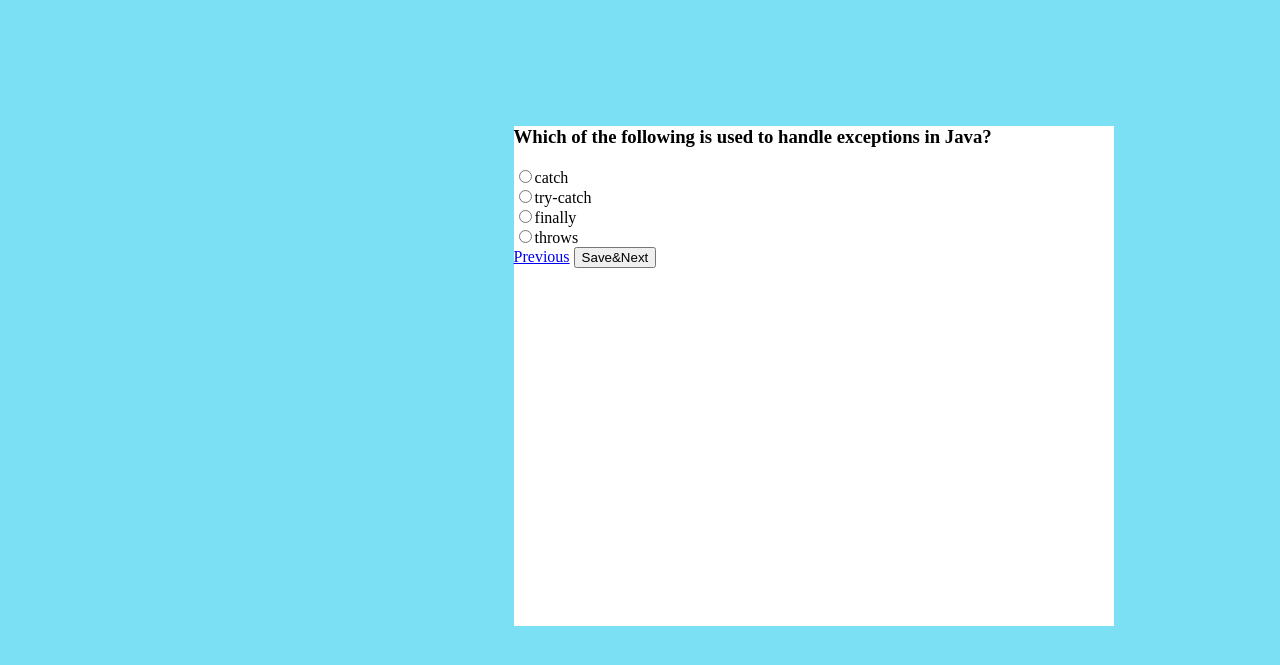
Repository: Rupali-8062Chourasiya5279/Internship_Task_Rupali
Page: Programming Language/quiz/QuizApp/src/main/webapp/First.html
The author's editor kept a copy of each file at every save. The page is drawn from the files as they stood at one save, then again after the next save.
The browser window is 1280 px wide. The pictures show the whole page.

Above is the page before, as saved 2025-01-24 13:33:59.

After the next save:
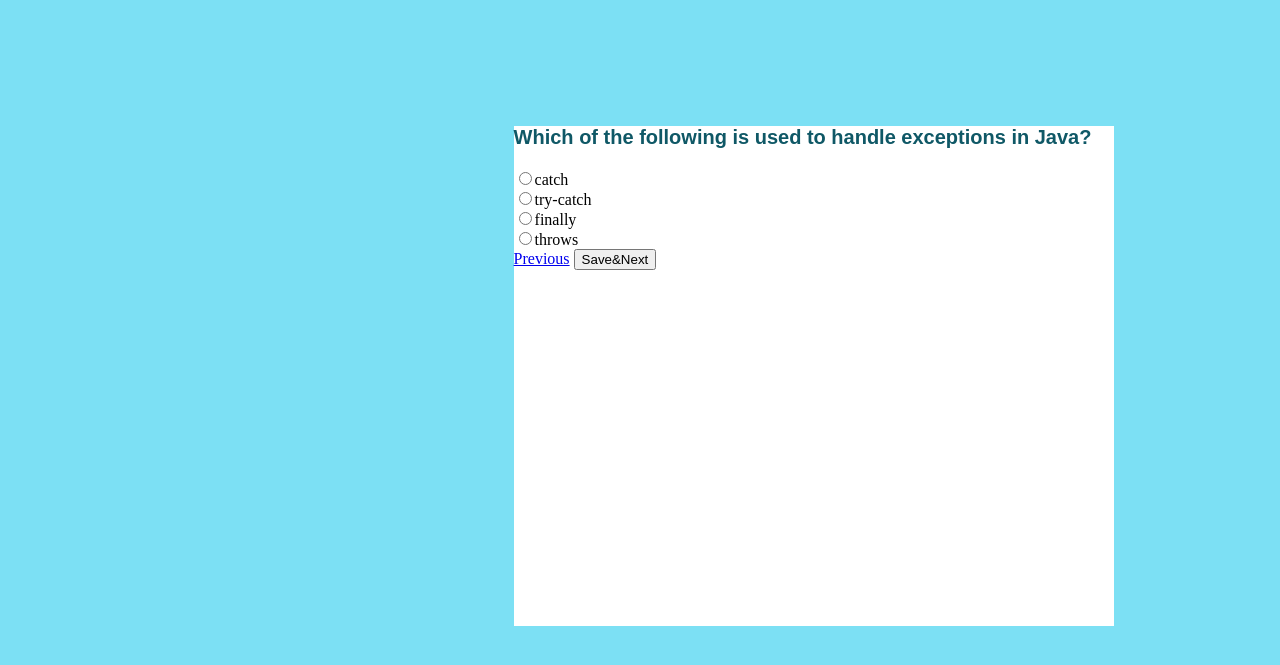
Saved 102 s later.
--- a/Programming Language/quiz/QuizApp/src/main/webapp/First.html
+++ b/Programming Language/quiz/QuizApp/src/main/webapp/First.html
@@ -16,6 +16,13 @@ width : 600px;
 margin-left: 40%;
 margin-top: 10%;
 }
+h3
+{
+font-family: sans-serif;
+font-size: 20px;
+color: #0f5866;
+
+}
 </style>
 </head>
 <body>
